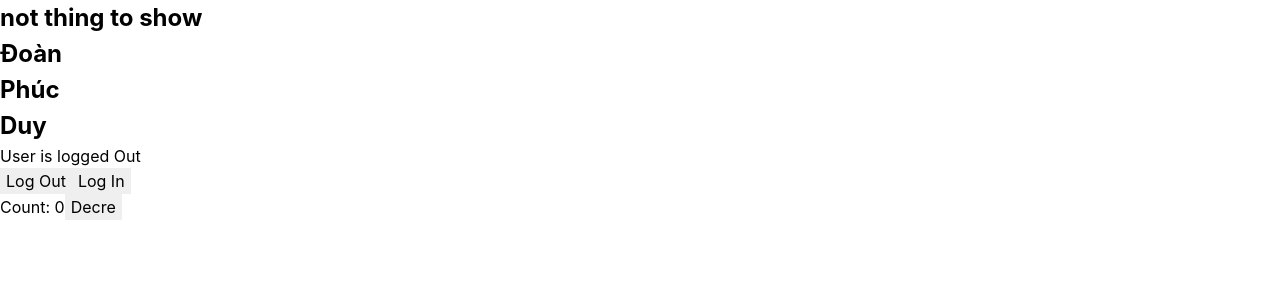
Repository: ledoanmk43/Demo_typescript
Page: /
These files come from the project's save history. The page is drawn as it stood at one moment and after the next save; the edit follows.
The browser window is 1280 px wide. The pictures show the whole page.
The project was rebuilt for these pictures with package versions that can differ from the ones it lists, and the page was loaded fresh each time.

Above is the page before, as saved 2022-03-07 16:28:07.

After the next save:
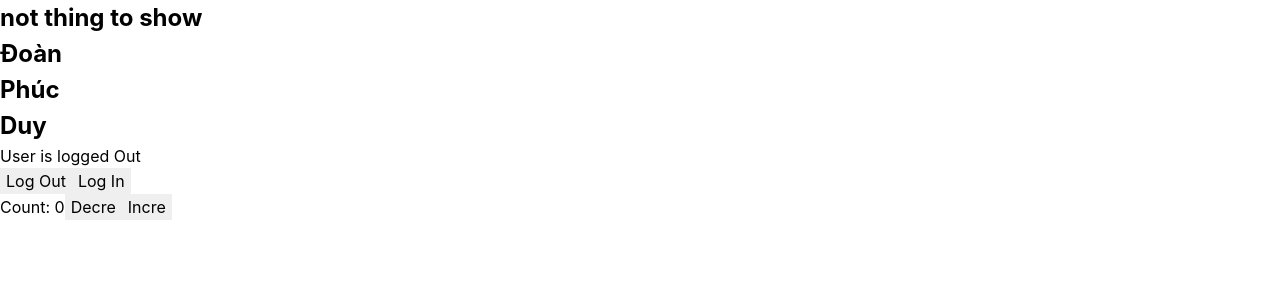
Saved 14 s later.
--- a/src/components/state/Counter.tsx
+++ b/src/components/state/Counter.tsx
@@ -22,6 +22,9 @@ const Counter = () => {
       <button onClick={() => dispatch({ type: "decre", payload: 1 })}>
         Decre
       </button>
+      <button onClick={() => dispatch({ type: "incre", payload: 1 })}>
+        Incre
+      </button>
     </div>
   );
 };
